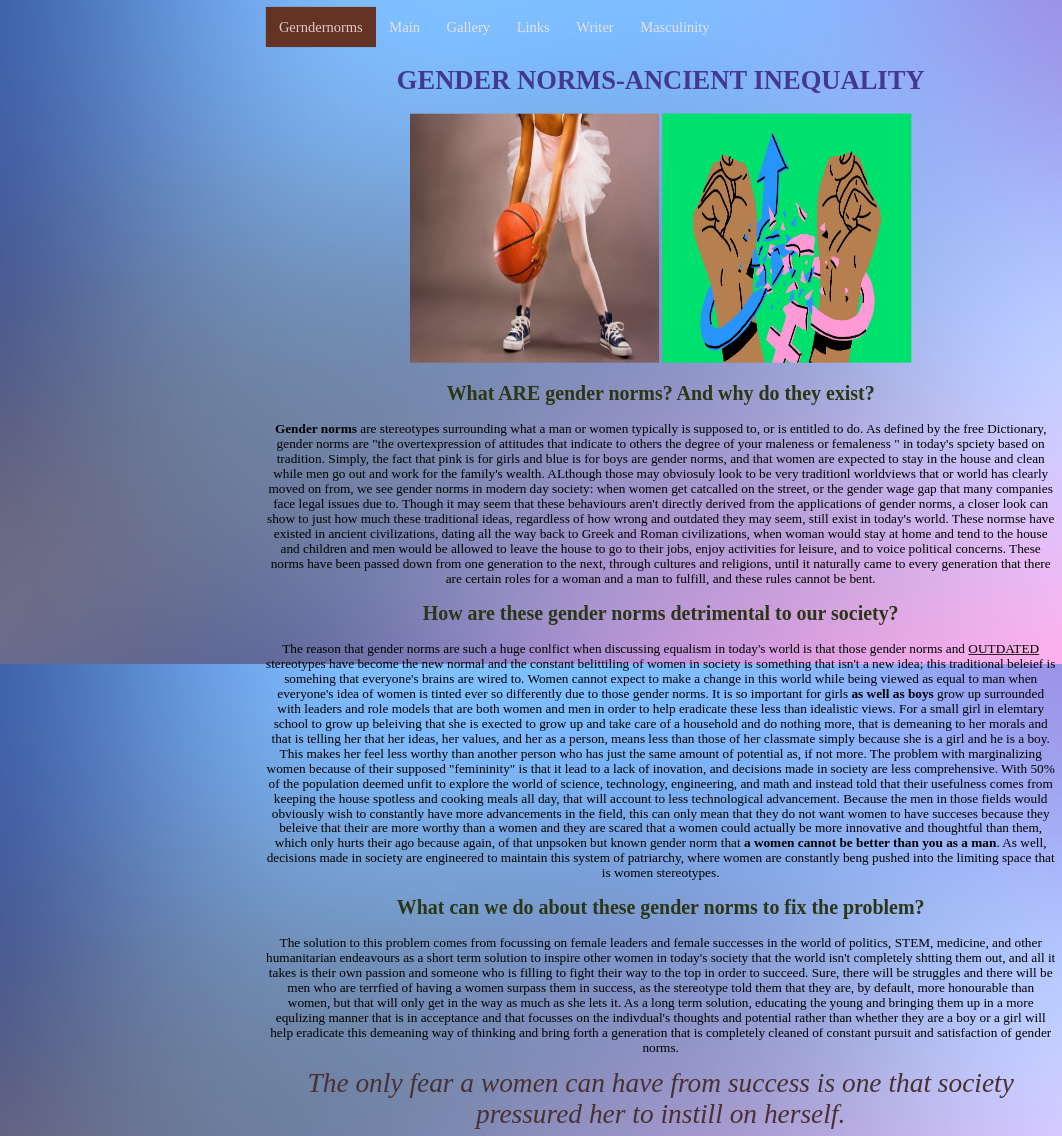
Repository: Lujaina-E/womens-rights-site
Page: gendernorms.html
These files come from the project's save history. The page is drawn as it stood at one moment and after the next save; the edit follows.
The browser window is 1280 px wide. The pictures show the whole page, at 83% of full size.
Backgrounds fixed to the window are drawn as part of the page.

Above is the page before, as saved 2022-07-26 00:06:54.

### gendernorms.html
<!DOCTYPE html>
<html lang="en">
    <head>
        <title>gendernorms</title>
            <link rel="stylesheet" type="text/css" href="gendernormsStyle.css"/>
    </head>

    <div class="topnav" id="myTopnav">
        <a href="gendernorms.html" class="active">Gerndernorms</a>
        <a href="index.html">Main</a>
        <a href="gallery.html">Gallery</a>
        <a href="links.html">Links</a>
        <a href="founder.html">Writer</a>
        <a href="masculinity.html">Masculinity</a>
        <a href="javascript:void(0);" class="icon" onclick="myFunction()">
            <i class="fa fa-bars"></i>
        </a>
    </div>
    <body>
        <h1 id="pageTitle">GENDER NORMS-ANCIENT INEQUALITY</h1>
            <img id="photoID" src="Pictures/ballerina.jpg" alt="Please stand by and restart the page while you experience this error.">
            <img id="photoID" src="Pictures/hands.jpg" alt="Please stand by and restart the page while you experience this error.">

            <h2 class="heads">What ARE gender norms? And why do they exist?</h2>
                <p><b>Gender norms</b> are stereotypes surrounding what a man or women typically is supposed to, or is entitled to do. As defined by the free Dictionary, gender norms are "the
                overtexpression of attitudes that indicate to others the degree of your maleness or femaleness " in today's spciety based on tradition. Simply, the fact that pink is for girls
                and blue is for boys are gender norms, and that women are expected to stay in the house and clean while men go out and work for the family's wealth. ALthough those may obviosuly
                look to be very traditionl worldviews that or world has clearly moved on from, we see gender norms in modern day society: when women get catcalled on the street, or the gender
                wage gap that many companies face legal issues due to. Though it may seem that these behaviours aren't directly derived from the applications of gender norms, a closer look can
                show to just how much these traditional ideas, regardless of how wrong and outdated they may seem, still exist in today's world. These normse have existed in ancient civilizations,
                dating all the way back to Greek and Roman civilizations, when woman would stay at home and tend to the house and children and men would be allowed to leave the house to go to
                their jobs, enjoy activities for leisure, and to voice political concerns. These norms have been passed down from one generation to the next, through cultures and religions, until
                it naturally came to every generation that there are certain roles for a woman and a man to fulfill, and these rules cannot be bent.</p>
            <h2 class="heads"> How are these gender norms detrimental to our society?</h2>
                <p>The reason that gender norms are such a huge conlfict when discussing equalism in today's world is that those gender norms and <U>OUTDATED</U> stereotypes have become the new normal
                and the constant belittiling of women in society is something that isn't a new idea; this traditional beleief is somehing that everyone's brains are wired to. Women cannot expect to
                make a change in this world while being viewed as equal to man when everyone's idea of women is tinted ever so differently due to those gender norms. It is so important for girls
                <b>as well as boys</b> grow up surrounded with leaders and role models that are both women and men in order to help eradicate these less than idealistic views. For a small girl
                in elemtary school to grow up beleiving that she is exected to grow up and take care of a household and do nothing more, that is demeaning to her morals and that is telling her
                that her ideas, her values, and her as a person, means less than those of her classmate simply because she is a girl and he is a boy. This makes her feel less worthy than another
                person who has just the same amount of potential as, if not more. The problem with marginalizing women because of their supposed "femininity" is that it lead to a lack of inovation,
                and decisions made in society are less comprehensive. With 50% of the population deemed unfit to explore the world of science, technology, engineering, and math and instead told that
                their usefulness comes from keeping the house spotless and cooking meals all day, that will account to less technological advancement. Because the men in those fields would obviously wish to
                constantly have more advancements in the field, this can only mean that they do not want women to have succeses because they beleive that their are more worthy than a women and they are scared
                that a women could actually be more innovative and thoughtful than them, which only hurts their ago because again, of that unpsoken but known gender norm that <b>a women cannot be better than
                you as a man</b>. As well, decisions made in society are engineered to maintain this system of patriarchy, where women are constantly beng pushed into the limiting space  that is women stereotypes.</p>
            <h2 class="heads">What can we do about these gender norms to fix the problem?</h2>
                <p>The solution to this problem comes from focussing on female leaders and female successes in the world of politics, STEM, medicine, and other humanitarian endeavours as a short term solution
                to inspire other women in today's society that the world isn't completely shtting them out, and all it takes is their own passion and someone who is filling to fight their way to the top in order
                to succeed. Sure, there will be struggles and there will be men who are terrfied of having a women surpass them in success, as the stereotype told them that they are, by default, more honourable than
                women, but that will only get in the way as much as she lets it. As a long term solution, educating the young and bringing them up in a more equlizing manner that is in acceptance and that
                focusses on the indivdual's thoughts and potential rather than whether they are a boy or a girl will help eradicate this demeaning way of thinking and bring forth a generation that is completely cleaned of
                constant pursuit and satisfaction of gender norms.</p>

    <i>The only fear a women can have from success is one that society pressured her to instill on herself.</i>
    </body>
</html>

### gendernormsStyle.css
            body {
                font-family: Times New Roman;
                text-align: center;
                background-color: lavenderblush;
                background-image: url('Pictures/backdrop.jpg');
                background-repeat: no-repeat;
                background-position: center center;
                background-size: cover;
                background-attachment: fixed;
                margin-left: 20em;
            }

            #pageTitle {
                 color: rgb(68, 55, 146);
            }

            #photoID {
                width: 300px;
                height: 300px;
            }

            .heads{
                color:rgb(42, 54, 21);
            }

            body > i{
                font-size: 33px;
                color: rgb(71, 49, 52);
            }

            .topnav {
                overflow: hidden;
              }

              .topnav a {
                float: left;
                display: block;
                color: rgba(247, 235, 235, 0.829);
                text-align: center;
                padding: 14px 16px;
                text-decoration: none;
                font-size: 17.5px;
              }

              .topnav a:hover {
                color: rgb(88, 26, 26);
              }

              .topnav a.active {
                background-color: #643324;
                color: rgba(247, 235, 235, 0.829);
              }

              .topnav .icon {
                display: none;
              }

                @media screen and (max-width: 600px) {
                    .topnav a:not(:first-child) {display: none;}
                    .topnav a.icon {
                    float: right;
                    display: block;
                    }
                }

                @media screen and (max-width: 600px) {
                    .topnav.responsive {position: relative;}
                    .topnav.responsive a.icon {
                    position: absolute;
                    right: 0;
                    top: 0;
                    }
                    .topnav.responsive a {
                    float: none;
                    display: block;
                    text-align: left;
                    }
                }

After the next save:
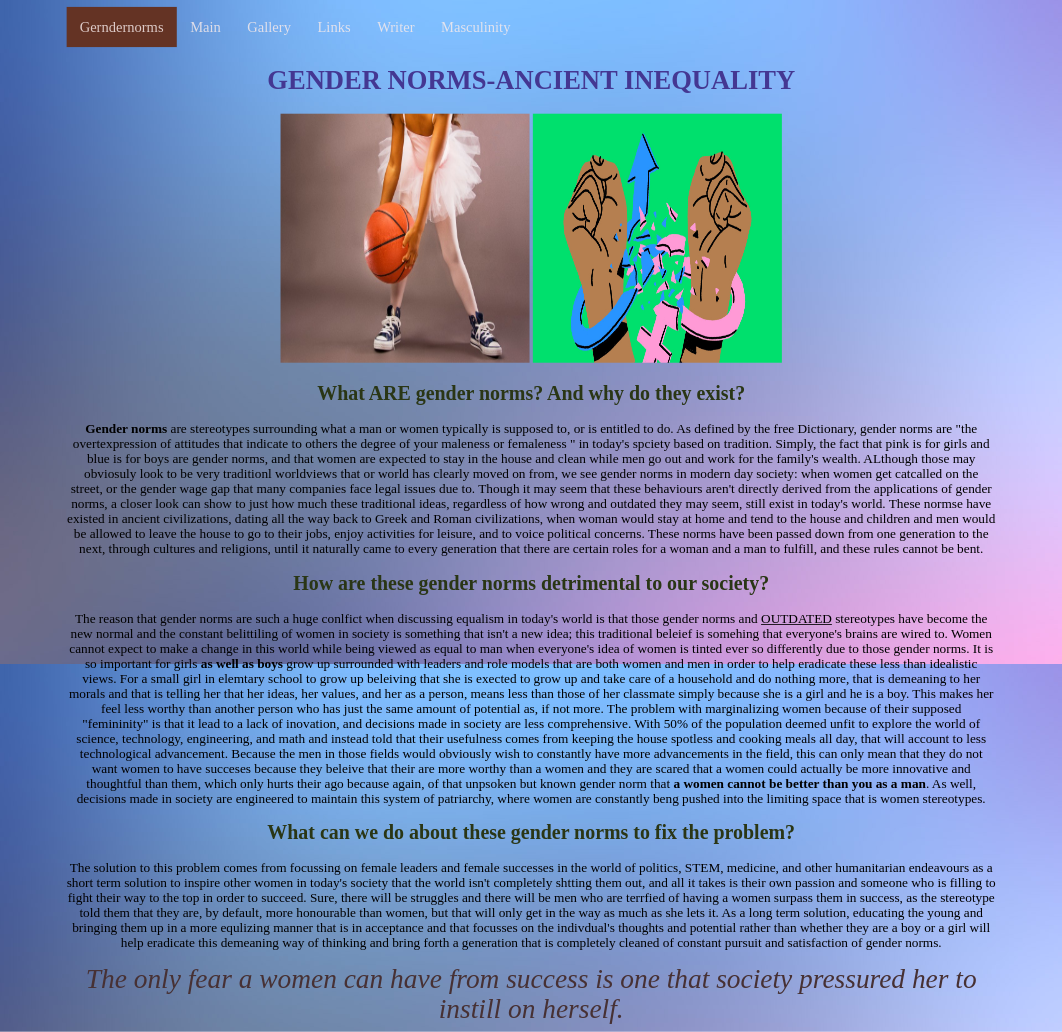
Saved 18 s later.
--- a/gendernormsStyle.css
+++ b/gendernormsStyle.css
@@ -7,7 +7,8 @@
                 background-position: center center;
                 background-size: cover;
                 background-attachment: fixed;
-                margin-left: 20em;
+                margin-left: 5em;
+                margin-right: 5em;
             }
 
             #pageTitle {
